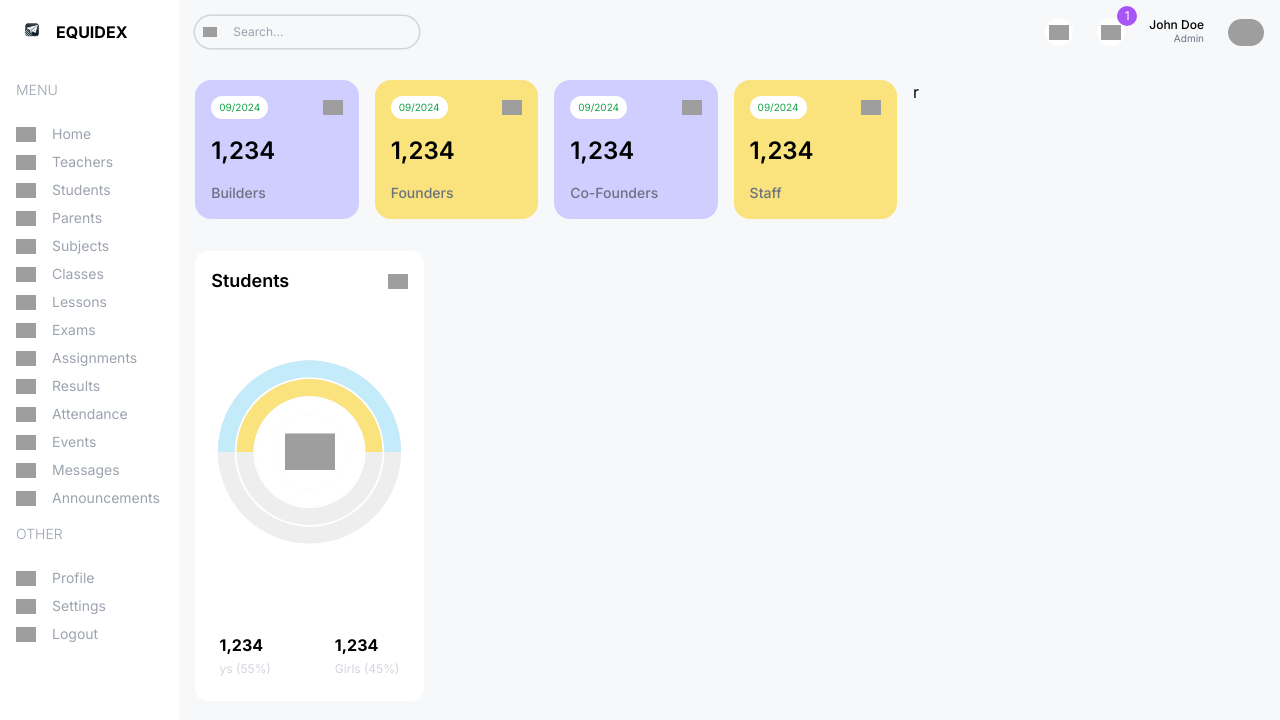
Repository: MikeeBuilds/equidex
Page: /admin
These files come from the project's save history. The page is drawn as it stood at one moment and after the next save; the edit follows.
The browser window is 1280 px wide. The pictures show the whole page.
Pictures or frames that could not be fetched are drawn as grey boxes. An inner scrolling area shows only its first screen. The project was rebuilt for these pictures with package versions that can differ from the ones it lists, and the page was loaded fresh each time. The framework's server and built-in components were replaced by stand-ins that run in the browser. Also part of the build but not shown: next.config.mjs.

Above is the page before, as saved 2024-09-24 18:50:31.

### src/app/layout.tsx
import type { Metadata } from "next";
import { Inter } from "next/font/google";
import "./globals.css";

const inter = Inter({ subsets: ["latin"] });

export const metadata: Metadata = {
  title: "Equidex",
  description: "Link with builders & share workload for sweat equity",
};

export default function RootLayout({
  children,
}: Readonly<{
  children: React.ReactNode;
}>) {
  return (
    <html lang="en">
      <body className={inter.className}>

        {children}
      </body>
    </html>
  );
}

### src/app/(dashboard)/layout.tsx
import Menu from "@/components/Menu";
import Navbar from "@/components/Navbar";
import Image from "next/image";
import Link from "next/link";

export default function DashboardLayout({
  children,
}: Readonly<{
  children: React.ReactNode;
}>) {
  return (
    <div className="h-screen flex">
      {/* LEFT */}
      <div className="w-[14%] md:w-[8%] lg:w-[16%] xl:w-[14%] p-4">
        <Link
          href="/"
          className="flex items-center justify-center lg:justify-start gap-2"
        >
          <Image src="/logo.png" alt="logo" width={32} height={32} />
          <span className="hidden lg:block font-bold">EQUIDEX</span>
        </Link>
        <Menu />
      </div>
      {/* RIGHT */}
      <div className="w-[86%] md:w-[92%] lg:w-[84%] xl:w-[86%] bg-[#F7F8FA] overflow-scroll flex flex-col">
        <Navbar />
        {children}
      </div>
    </div>
  );
}

### src/app/(dashboard)/admin/page.tsx
import CountChart from "@/components/CountChart";
import UserCard from "@/components/UserCard";
import React from "react";

const AdminPage = () => {
  return (
    <div className="p-4 flex gap-4 flex-col md:flex-row">
      {/* LEFT */}
      <div className="w-full lg:w-2/3 flex flex-col gap-8">
        {/* USER CARD */}
        <div className="flex gap-4 justify-between flex-wrap">
          <UserCard type="Builders" />
          <UserCard type="Founders" />
          <UserCard type="Co-Founders" />
          <UserCard type="Staff" />
        </div>
        {/* MIDDLE CHART */}
        <div className="flex gap-4 flex-col lg:flex-row">
          {/* COUNT CHART*/}
          <div className="w-full lg:w-1/3 h-[450px]">
          <CountChart/>
          </div>
          {/* ATTENDANCE CHART */}
          <div className="w-full lg:w-2/3 h-[450px]"></div>
        </div>
        {/* BOTTOM CHART */}
        <div className="">w</div>
      </div>
      {/* RIGHT */}
      <div className="w-full lg:w-1/3">r</div>
    </div>
  );
};

export default AdminPage;

### src/components/Menu.tsx
import Image from "next/image";
import Link from "next/link";

const menuItems = [
  {
    title: "MENU",
    items: [
      {
        icon: "/home.png",
        label: "Home",
        href: "/",
        visible: ["admin", "teacher", "student", "parent"],
      },
      {
        icon: "/teacher.png",
        label: "Teachers",
        href: "/list/teachers",
        visible: ["admin", "teacher"],
      },
      {
        icon: "/student.png",
        label: "Students",
        href: "/list/students",
        visible: ["admin", "teacher"],
      },
      {
        icon: "/parent.png",
        label: "Parents",
        href: "/list/parents",
        visible: ["admin", "teacher"],
      },
      {
        icon: "/subject.png",
        label: "Subjects",
        href: "/list/subjects",
        visible: ["admin"],
      },
      {
        icon: "/class.png",
        label: "Classes",
        href: "/list/classes",
        visible: ["admin", "teacher"],
      },
      {
        icon: "/lesson.png",
        label: "Lessons",
        href: "/list/lessons",
        visible: ["admin", "teacher"],
      },
      {
        icon: "/exam.png",
        label: "Exams",
        href: "/list/exams",
        visible: ["admin", "teacher", "student", "parent"],
      },
      {
        icon: "/assignment.png",
        label: "Assignments",
        href: "/list/assignments",
        visible: ["admin", "teacher", "student", "parent"],
      },
      {
        icon: "/result.png",
        label: "Results",
        href: "/list/results",
        visible: ["admin", "teacher", "student", "parent"],
      },
      {
        icon: "/attendance.png",
        label: "Attendance",
        href: "/list/attendance",
        visible: ["admin", "teacher", "student", "parent"],
      },
      {
        icon: "/calendar.png",
        label: "Events",
        href: "/list/events",
        visible: ["admin", "teacher", "student", "parent"],
      },
      {
        icon: "/message.png",
        label: "Messages",
        href: "/list/messages",
        visible: ["admin", "teacher", "student", "parent"],
      },
      {
        icon: "/announcement.png",
        label: "Announcements",
        href: "/list/announcements",
        visible: ["admin", "teacher", "student", "parent"],
      },
    ],
  },
  {
    title: "OTHER",
    items: [
      {
        icon: "/profile.png",
        label: "Profile",
        href: "/profile",
        visible: ["admin", "teacher", "student", "parent"],
      },
      {
        icon: "/setting.png",
        label: "Settings",
        href: "/settings",
        visible: ["admin", "teacher", "student", "parent"],
      },
      {
        icon: "/logout.png",
        label: "Logout",
        href: "/logout",
        visible: ["admin", "teacher", "student", "parent"],
      },
    ],
  },
];

const Menu = () => {
  return (
    <div className=" mt-4 text-sm">
      {menuItems.map(i=> (
        <div className="flex flex-col gap-2" key={i.title}>
          <span className="hidden lg:block text-gray-400 font-light my-4">{i.title}</span>
          {i.items.map(item => (
            <Link className="flex items-center justify-center lg:justify-start gap-4 text-gray-400 hover:text-black" href={item.href} key={item.label}>
              <Image src={item.icon} alt="" width={20} height={20} />
              <span className="hidden lg:block">{item.label}</span>
            </Link>
          ))}
        </div>
      ))}
    </div>
  )
}

export default Menu;

### src/components/Navbar.tsx
import Image from "next/image";

const Navbar = () => {
  return (
    <div className="flex items-center justify-between p-4">
      {/* SEARCH BAR */}
      <div className="hidden md:flex items-center gap-2 text-xs rounded-full ring-[1.5px] ring-gray-300 px-2">
        <Image src="/search.png" alt="" width={14} height={14} />
        <input
          type="text"
          placeholder="Search..."
          className="w-[200px] p-2 bg-transparent outline-none"
        />
      </div>
      {/* ICONS AND USER */}
      <div className="flex items-center gap-6 justify-end w-full">
        <div className="bg-white rounded-full w-7 h-7 flex items-center justify-center cursor-pointer">
          <Image src="/message.png" alt="" width={20} height={20} />
        </div>
        <div className="bg-white rounded-full w-7 h-7 flex items-center justify-center cursor-pointer relative">
          <Image src="/announcement.png" alt="" width={20} height={20} />
          <div className="absolute -top-3 -right-3 w-5 h-5 flex items-center justify-center bg-purple-500 text-white rounded-full text-xs">
            1
          </div>
        </div>
        <div className="flex flex-col">
          <span className="text-xs leading-3 font-medium">John Doe</span>
          <span className="text-[10px] text-gray-500 text-right">Admin</span>
        </div>
        <Image
          src="/avatar.png"
          alt=""
          width={36}
          height={36}
          className="rounded-full"
        />
      </div>
    </div>
  );
};

export default Navbar;

### src/components/CountChart.tsx
"use client";
import Image from "next/image";
import {
  RadialBarChart,
  RadialBar,
  Legend,
  ResponsiveContainer,
} from "recharts";

const data = [
  {
    name: "Total",
    count: 106,
    fill: "white",
  },
  {
    name: "Girls",
    count: 53,
    fill: "#FAE27C",
  },
  {
    name: "Boys",
    count: 53,
    fill: "#C3EBFA",
  },
];

const CountChart = () => {
  return (
    <div className="bg-white rounded-xl w-full h-full p-4">
      {/* TITLE */}
      <div className="flex justify-between items-center">
        <h1 className="text-lg font-semibold">Students</h1>
        <Image src="/moreDark.png" alt="" width={20} height={20} />
      </div>
      {/* CHART */}
      <div className="relative w-full h-[75%]">
        <ResponsiveContainer>
          <RadialBarChart
            cx="50%"
            cy="50%"
            innerRadius="40%"
            outerRadius="100%"
            barSize={32}
            data={data}
          >
            <RadialBar background dataKey="count" />
          </RadialBarChart>
        </ResponsiveContainer>
        <Image
          src="/maleFemale.png"
          alt=""
          width={50}
          height={50}
          className="absolute top-1/2 left-1/2 -translate-x-1/2 -translate-y-1/2"
        />
      </div>
      {/* BOTTOM */}
      <div className="flex justify-center gap-16">
        <div className="flex flex-col gap-1">
          <div className="w-5 h-5 bg-lamaSky rounded-full" />
          <h1 className="font-bold">1,234</h1>
          <h2 className="text-xs text-gray-300">ys (55%)</h2>
        </div>
        <div className="flex flex-col gap-1">
          <div className="w-5 h-5 bg-lamaYellow rounded-full" />
          <h1 className="font-bold">1,234</h1>
          <h2 className="text-xs text-gray-300">Girls (45%)</h2>
        </div>
      </div>
    </div>
  );
};

export default CountChart;

### src/components/UserCard.tsx
import Image from 'next/image'
import React from 'react'

const UserCard = ({type}:{type:string}) => {
  return (
    <div className='rounded-2xl odd:bg-dexPurple even:bg-dexYellow p-4 flex-1 min-w-[130px]'>
        <div className='flex justify-between items-center'>
            <span className='text-[10px] bg-white px-2 py-1 rounded-full text-green-600'>09/2024</span>
            <Image src="/more.png" alt='more' width={20} height={20} />
        </div>
        <h1 className='text-2xl font-semibold my-4'>1,234</h1>
        <h2 className='capitalize text-sm font-medium text-gray-500'>{type}</h2>
    </div>
  )
}

export default UserCard

### tailwind.config.ts
import type { Config } from "tailwindcss";

const config: Config = {
  content: [
    "./src/pages/**/*.{js,ts,jsx,tsx,mdx}",
    "./src/components/**/*.{js,ts,jsx,tsx,mdx}",
    "./src/app/**/*.{js,ts,jsx,tsx,mdx}",
  ],
  theme: {
    extend: {
      backgroundImage: {
        "gradient-radial": "radial-gradient(var(--tw-gradient-stops))",
        "gradient-conic":
          "conic-gradient(from 180deg at 50% 50%, var(--tw-gradient-stops))",
      },
      colors: {
        dexSky: "#C3EBFA",
        dexSkyLight: "#EDF9FD",
        dexPurple: "#CFCEFF",
        dexPurpleLight: "#F1F0FF",
        dexYellow: "#FAE27C",
        dexYellowLight: "#FEFCE8",
      },
    },
  },
  plugins: [],
};
export default config;

Loaded but not shown: src/app/globals.css (common file)

After the next save:
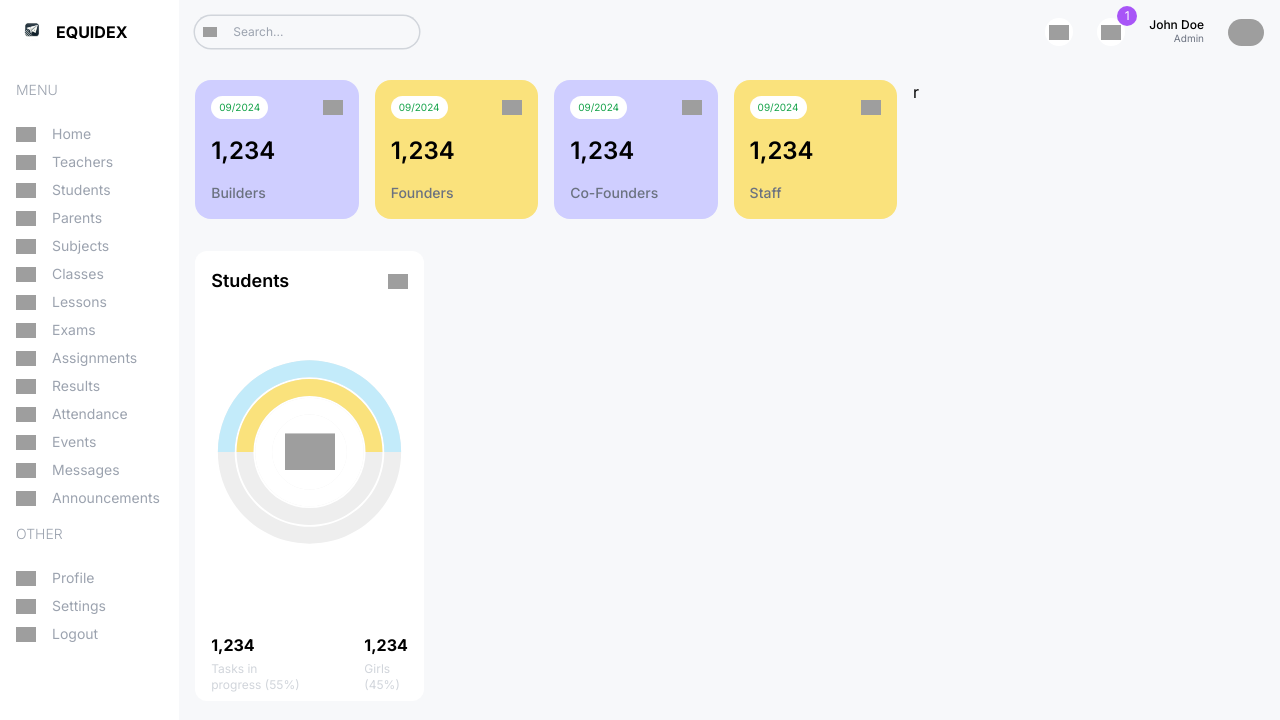
Saved 8 s later.
--- a/src/components/CountChart.tsx
+++ b/src/components/CountChart.tsx
@@ -60,7 +60,7 @@ const CountChart = () => {
         <div className="flex flex-col gap-1">
           <div className="w-5 h-5 bg-lamaSky rounded-full" />
           <h1 className="font-bold">1,234</h1>
-          <h2 className="text-xs text-gray-300">ys (55%)</h2>
+          <h2 className="text-xs text-gray-300">Tasks in progress (55%)</h2>
         </div>
         <div className="flex flex-col gap-1">
           <div className="w-5 h-5 bg-lamaYellow rounded-full" />
